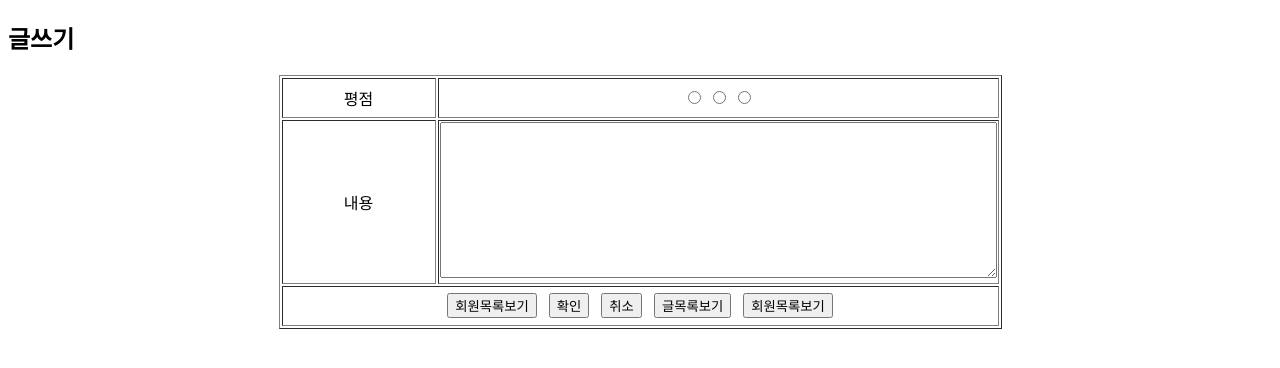
Repository: Served01/Project2_2209
Page: http://localhost/bookReviewProgram/rvInsert.jsp
The author's editor kept a copy of each file at every save. The page is drawn from the files as they stood at one save, then again after the next save.
The browser window is 1280 px wide. The pictures show the whole page.
The page is served by Tomcat 9.

Above is the page before, as saved 2022-09-24 07:29:20.

After the next save:
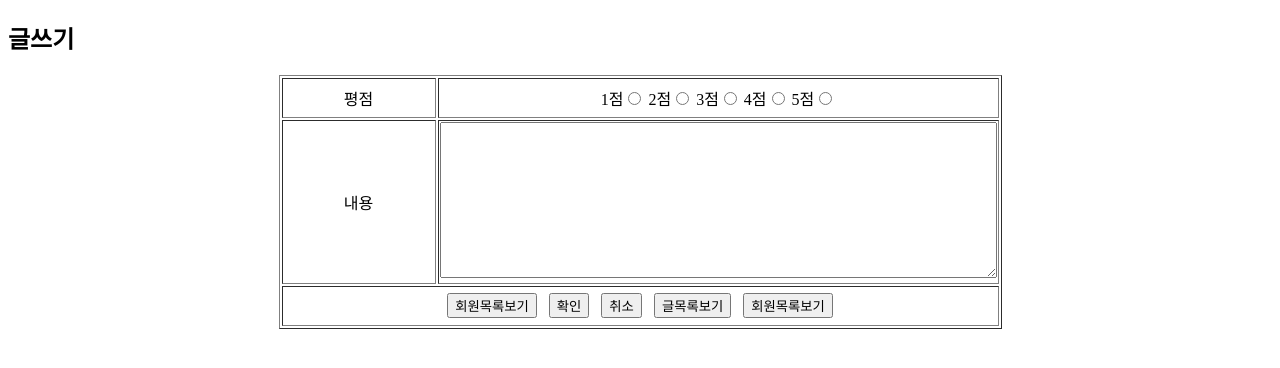
Saved 33 s later.
--- a/bookReviewProgram/src/main/webapp/rvInsert.jsp
+++ b/bookReviewProgram/src/main/webapp/rvInsert.jsp
@@ -43,9 +43,12 @@
 
 		<tr height="40" align="center">
 			<td width="150">평점</td>
-			<td width="250"><input type="radio" name="score">
-			<input type="radio" name="score">
-			<input type="radio" name="score"></td>
+			<td width="250">
+			1점<input type="radio" name="score">
+			2점<input type="radio" name="score">
+			3점<input type="radio" name="score">
+			4점<input type="radio" name="score">
+			5점<input type="radio" name="score"></td>
 		</tr>
 		<tr height="40" align="center">
 			<td width="150">내용</td>
